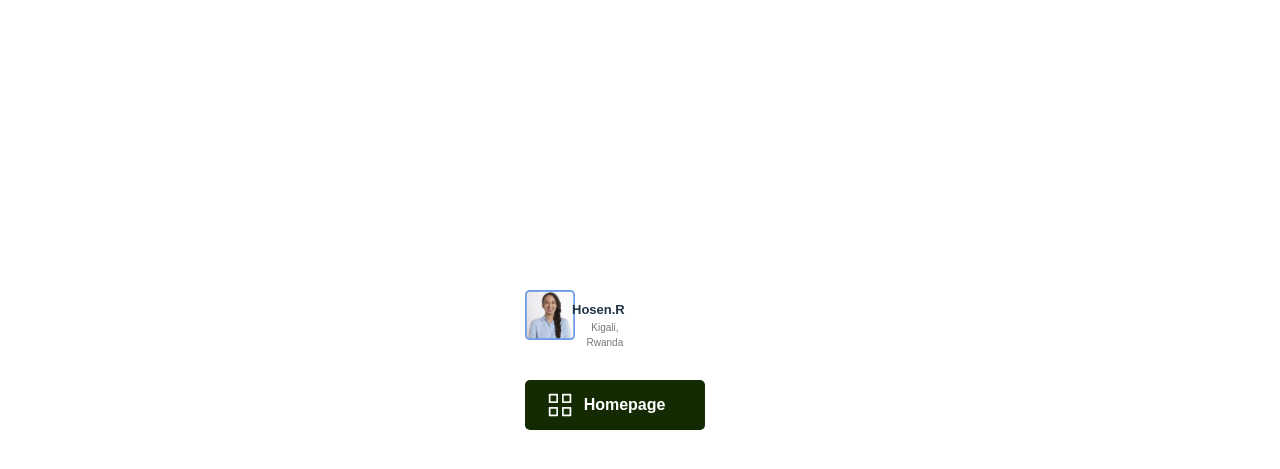
Repository: Auda-frontend/Kenshikeza
Page: /
An editor plug-in stored every save of this project. The page is shown before and after the next save, followed by the edit.
The browser window is 1280 px wide. The pictures show the whole page.
The project was rebuilt for these pictures with package versions that can differ from the ones it lists, and the page was loaded fresh each time. Also part of the build but not shown: vite.config.js.

Above is the page before, as saved 2024-01-25 09:48:51.

After the next save:
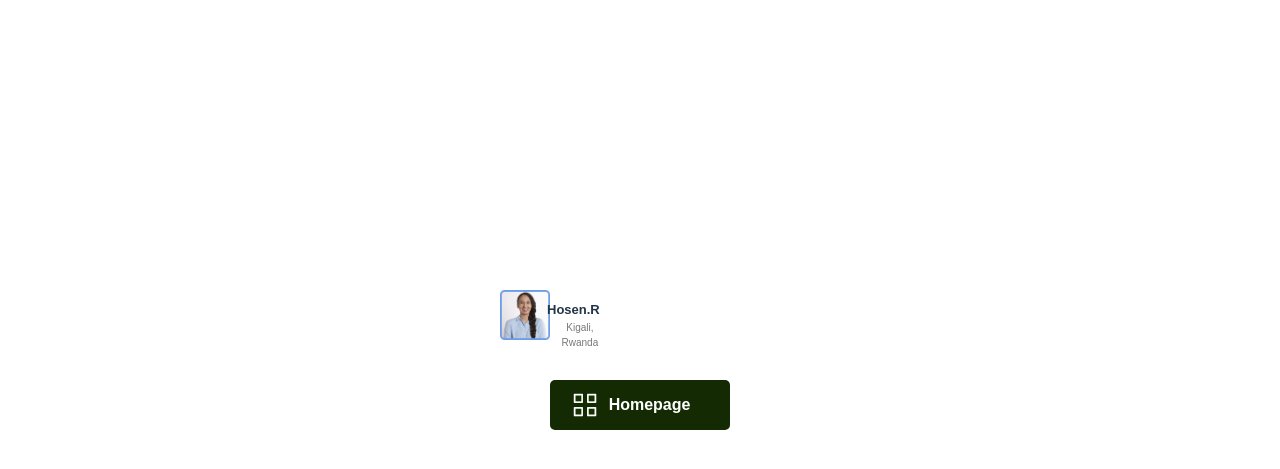
Saved 2 min 53 s later.
--- a/src/Components/SideBar.css
+++ b/src/Components/SideBar.css
@@ -48,7 +48,7 @@ display: flex;
 align-items: center;
 border-radius: 5px;
 justify-content: space-around;
-margin-left: -50px;
+margin-left: -0px;
 }
 .homepage .homeIcon{
     width: 30px;
